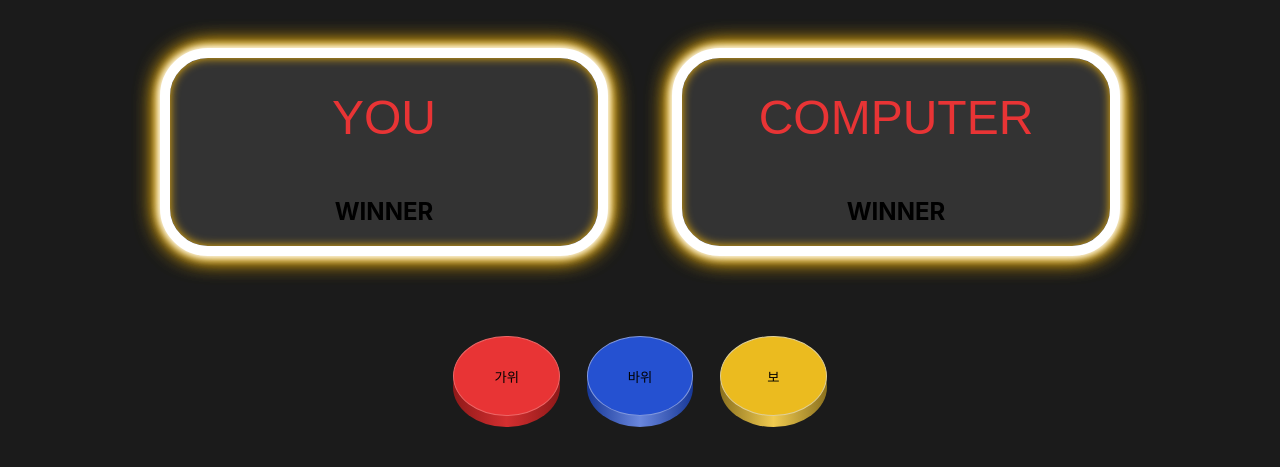
Repository: KIMMIHYE12/classComponent
Page: /
These files come from the project's save history. The page is drawn as it stood at one moment and after the next save; the edit follows.
The browser window is 1280 px wide. The pictures show the whole page.
Some web fonts or font styles are not loaded; a fallback is used. The project was rebuilt for these pictures with package versions that can differ from the ones it lists, and the page was loaded fresh each time.

Above is the page before, as saved 2024-03-19 19:56:49.

After the next save:
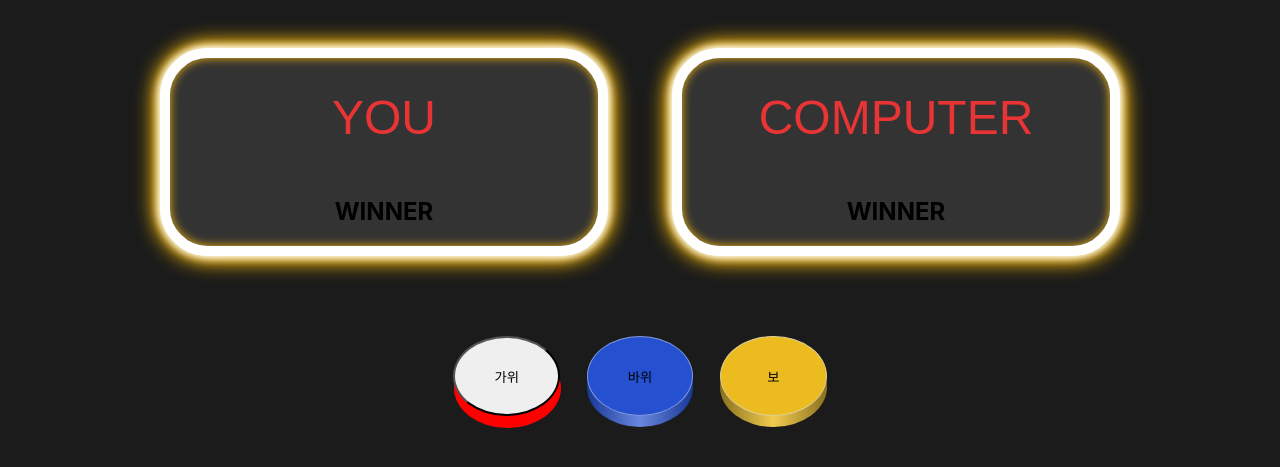
Saved 5 s later.
--- a/src/App.js
+++ b/src/App.js
@@ -35,7 +35,7 @@ function App() {
       </div>
       <div className='btn_wrap'>
         <button
-          className='scissor'
+          className='scissors'
           onClick={() => {
             play("scissors");
           }}

After the save that followed:
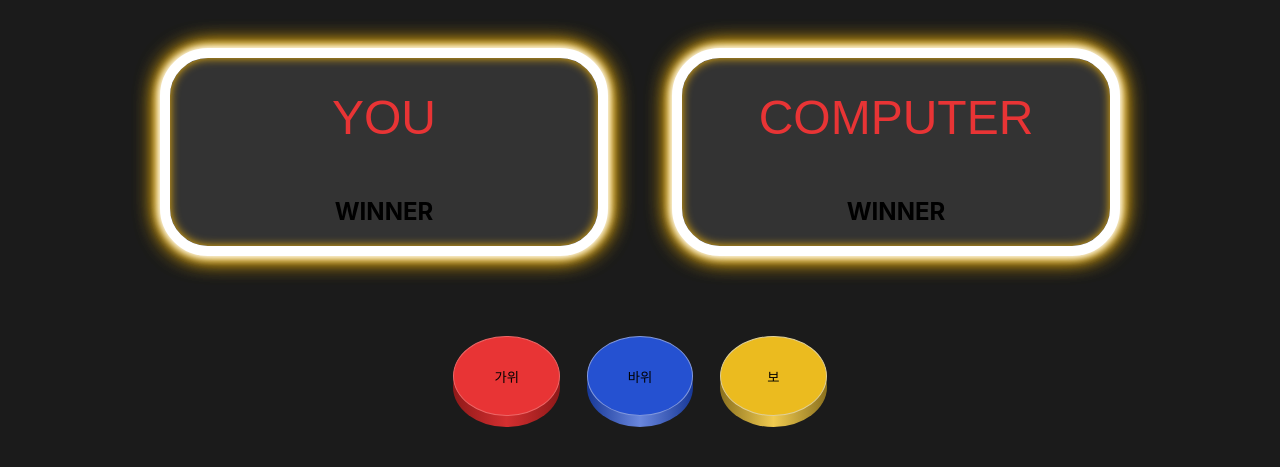
Saved 15 s later.
--- a/src/App.css
+++ b/src/App.css
@@ -59,7 +59,7 @@ img {
   outline: 0;
 }
 
-.btn_wrap button.scissor {
+.btn_wrap button.scissors {
   background-color: #e83435;
   border: 1px solid #ec6666;
 }
@@ -88,7 +88,7 @@ img {
   z-index: -1;
 }
 
-.btn_wrap button.scissor:before {
+.btn_wrap button.scissors:before {
   background: linear-gradient(
     90deg,
     rgba(143, 25, 25, 1) 0%,
